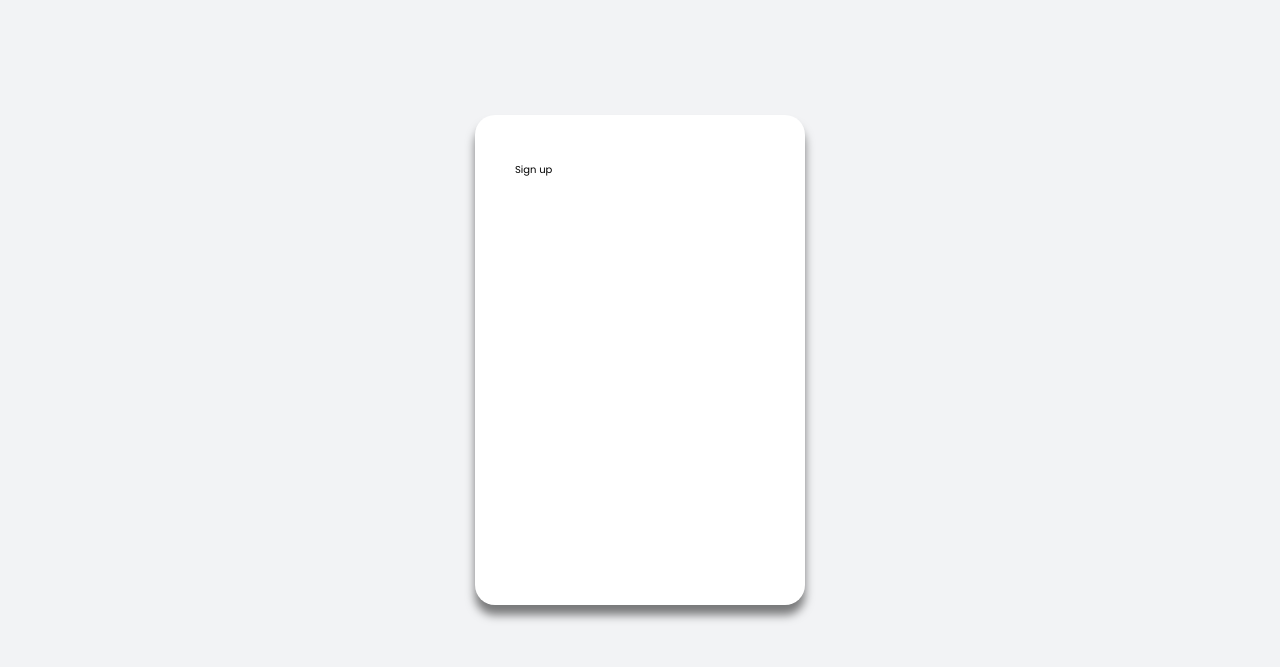
Repository: TranMinhMan040702/practice_html-css
Page: form-login/index.html
The author's editor kept a copy of each file at every save. The page is drawn from the files as they stood at one save, then again after the next save.
The browser window is 1280 px wide. The pictures show the whole page.
Some web libraries are served in a nearby version.

Above is the page before, as saved 2022-08-24 12:40:23.

After the next save:
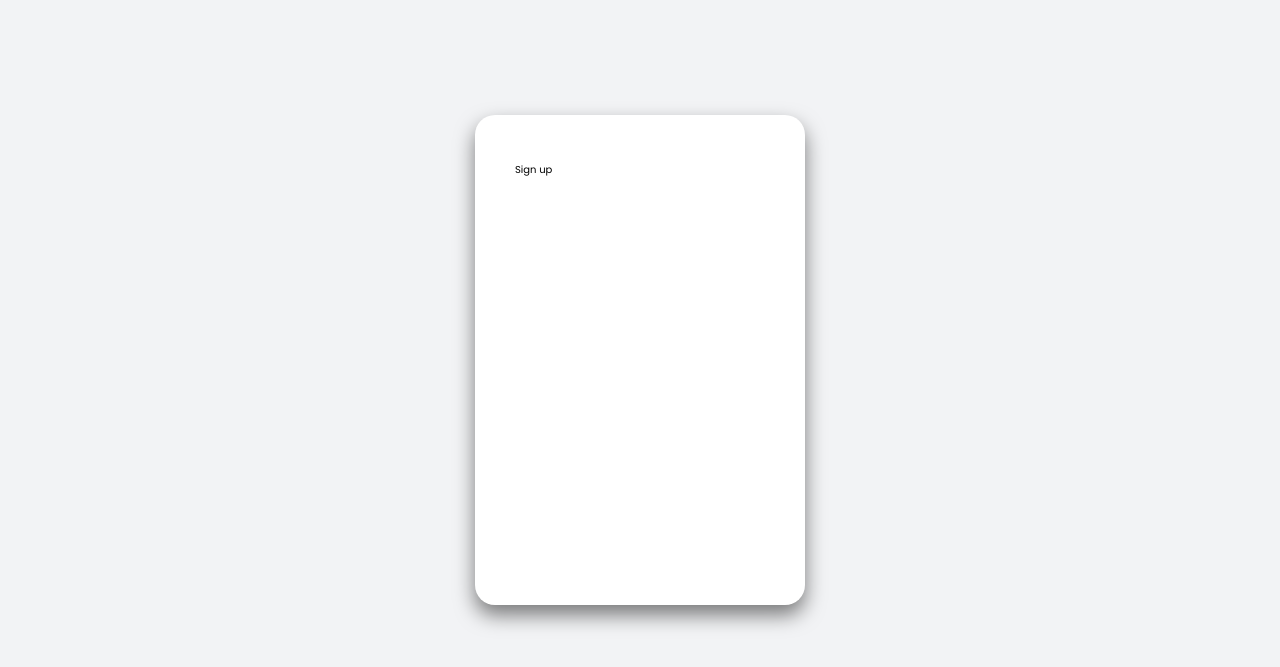
Saved 105 s later.
--- a/form-login/main.css
+++ b/form-login/main.css
@@ -23,7 +23,7 @@ body {
     background-color: #fff;
     padding: 50px 40px;
     border-radius: 20px;
-    box-shadow: 0px 10px 10px rgba(0, 0, 0, 0.5);
+    box-shadow: 0px 10px 20px rgba(0, 0, 0, 0.5);
 }
 
 .signup-heading {
